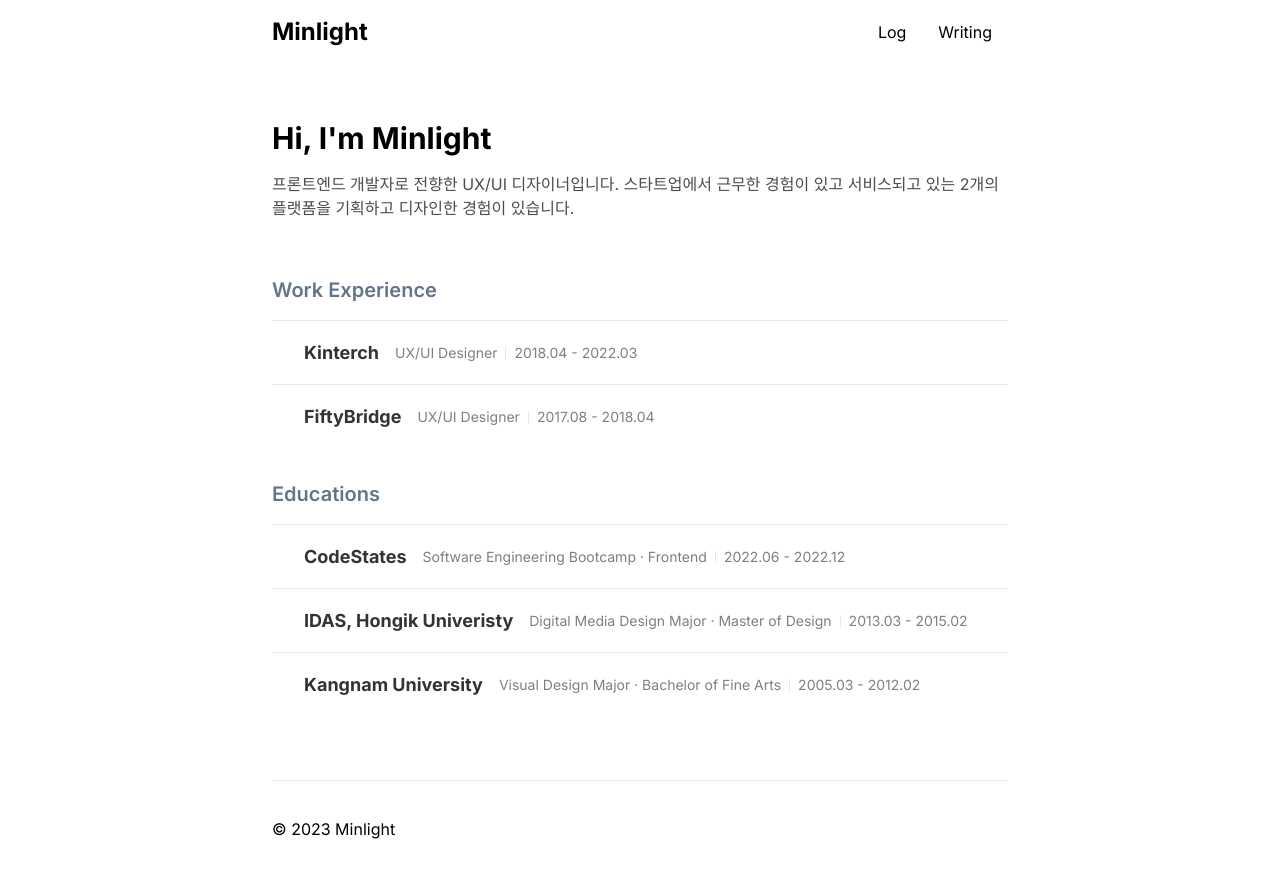
Repository: kwngmin/minlight-log
Page: /
These files come from the project's save history. The page is drawn as it stood at one moment and after the next save; the edit follows.
The browser window is 1280 px wide. The pictures show the whole page.
The project was rebuilt for these pictures with package versions that can differ from the ones it lists, and the page was loaded fresh each time. The framework's server and built-in components were replaced by stand-ins that run in the browser. Also part of the build but not shown: next.config.js.

Above is the page before, as saved 2023-04-04 16:35:19.

### src/app/layout.tsx
import "./globals.css";
import Footer from "@/components/Footer";
import Header from "@/components/Header";

import { Inter } from "next/font/google";
const inter = Inter({ subsets: ["latin"] });

export const metadata = {
  title: {
    default: "Minlight",
    template: "Minlight | %s",
  },
  description: "Minlight log",
};

export default function RootLayout({
  children,
}: {
  children: React.ReactNode;
}) {
  return (
    <html lang="en" className={inter.className}>
      <body className="flex flex-col max-w-screen-md mx-auto px-4">
        <Header />
        <main className="">{children}</main>
        <Footer />
      </body>
    </html>
  );
}

### src/app/page.tsx
import Table from "@/components/Table";
import Title from "@/components/Title";

const titleData = {
  title: `Hi, I'm Minlight`,
  description: `프론트엔드 개발자로 전향한 UX/UI 디자이너입니다. 스타트업에서 근무한
경험이 있고 서비스되고 있는 2개의 플랫폼을 기획하고 디자인한 경험이 있습니다.`,
};

const careerData = [
  {
    head: "Kinterch",
    content: "UX/UI Designer",
    period: "2018.04 - 2022.03",
  },
  {
    head: "FiftyBridge",
    content: "UX/UI Designer",
    period: "2017.08 - 2018.04",
  },
];

const educateData = [
  {
    head: "CodeStates",
    content: "Software Engineering Bootcamp · Frontend",
    period: "2022.06 - 2022.12",
  },
  {
    head: "IDAS, Hongik Univeristy",
    content: "Digital Media Design Major · Master of Design",
    period: "2013.03 - 2015.02",
  },
  {
    head: "Kangnam University",
    content: "Visual Design Major · Bachelor of Fine Arts",
    period: "2005.03 - 2012.02",
  },
];

export default function Home() {
  return (
    <section>
      <Title titleData={titleData} />
      <Table tableData={careerData} subject="Work Experience" />
      <Table tableData={educateData} subject="Educations" />
    </section>
  );
}

### src/app/globals.css
@tailwind base;
@tailwind components;
@tailwind utilities;

* {
  box-sizing: border-box;
  padding: 0;
  margin: 0;
}
/*
:root {
  --max-width: 1100px;
  --border-radius: 12px;
  --font-mono: ui-monospace, Menlo, Monaco, "Cascadia Mono", "Segoe UI Mono",
    "Roboto Mono", "Oxygen Mono", "Ubuntu Monospace", "Source Code Pro",
    "Fira Mono", "Droid Sans Mono", "Courier New", monospace;

  --foreground-rgb: 0, 0, 0;
  --background-start-rgb: 214, 219, 220;
  --background-end-rgb: 255, 255, 255;

  --primary-glow: conic-gradient(
    from 180deg at 50% 50%,
    #16abff33 0deg,
    #0885ff33 55deg,
    #54d6ff33 120deg,
    #0071ff33 160deg,
    transparent 360deg
  );
  --secondary-glow: radial-gradient(
    rgba(255, 255, 255, 1),
    rgba(255, 255, 255, 0)
  );

  --tile-start-rgb: 239, 245, 249;
  --tile-end-rgb: 228, 232, 233;
  --tile-border: conic-gradient(
    #00000080,
    #00000040,
    #00000030,
    #00000020,
    #00000010,
    #00000010,
    #00000080
  );

  --callout-rgb: 238, 240, 241;
  --callout-border-rgb: 172, 175, 176;
  --card-rgb: 180, 185, 188;
  --card-border-rgb: 131, 134, 135;
}

@media (prefers-color-scheme: dark) {
  :root {
    --foreground-rgb: 255, 255, 255;
    --background-start-rgb: 0, 0, 0;
    --background-end-rgb: 0, 0, 0;

    --primary-glow: radial-gradient(rgba(1, 65, 255, 0.4), rgba(1, 65, 255, 0));
    --secondary-glow: linear-gradient(
      to bottom right,
      rgba(1, 65, 255, 0),
      rgba(1, 65, 255, 0),
      rgba(1, 65, 255, 0.3)
    );

    --tile-start-rgb: 2, 13, 46;
    --tile-end-rgb: 2, 5, 19;
    --tile-border: conic-gradient(
      #ffffff80,
      #ffffff40,
      #ffffff30,
      #ffffff20,
      #ffffff10,
      #ffffff10,
      #ffffff80
    );

    --callout-rgb: 20, 20, 20;
    --callout-border-rgb: 108, 108, 108;
    --card-rgb: 100, 100, 100;
    --card-border-rgb: 200, 200, 200;
  }
}

* {
  box-sizing: border-box;
  padding: 0;
  margin: 0;
}

html,
body {
  max-width: 100vw;
  overflow-x: hidden;
}

body {
  color: rgb(var(--foreground-rgb));
  background: linear-gradient(
      to bottom,
      transparent,
      rgb(var(--background-end-rgb))
    )
    rgb(var(--background-start-rgb));
}

a {
  color: inherit;
  text-decoration: none;
}

@media (prefers-color-scheme: dark) {
  html {
    color-scheme: dark;
  }
} */

### src/components/Footer.tsx
export default function Footer() {
  return (
    <section className="h-24 flex items-center border-t mt-8">
      © 2023 Minlight
    </section>
  );
}

### src/components/Header.tsx
import Link from "next/link";

const navList = [
  { name: "Log", url: "/log" },
  { name: "Writing", url: "/log" },
];

export default function Header() {
  return (
    <section className="h-16 flex items-center justify-between">
      <Link href="/" className="text-2xl font-bold">
        Minlight
      </Link>
      <nav className="">
        {navList.map(({ name, url }) => (
          <Link href={url} key={name} className="px-4">
            {name}
          </Link>
        ))}
      </nav>
    </section>
  );
}

### src/components/Table.tsx
type Props = {
  tableData: {
    head: string;
    content: string;
    period: string;
  }[];
  subject: string;
};

export default function Table({ tableData, subject }: Props) {
  return (
    <article className="pb-8">
      <h2 className="text-left text-xl font-semibold text-slate-500 pb-4">
        {subject}
      </h2>
      <ul>
        {tableData.map(({ head, content, period }) => (
          <li
            key={head}
            className="flex flex-col lg:flex-row lg:items-center justify-center lg:justify-start pt-4 pb-5 lg:py-0 lg:h-16 border-t gap-0 lg:gap-4 px-4 lg:px-8"
          >
            <h3 className="font-bold text-lg text-black/80">{head}</h3>
            <section className="text-black/50 text-sm flex items-center flex-wrap">
              {content}
              <div className="inline-block border-l h-3 mx-2 " />
              {period}
            </section>
          </li>
        ))}
      </ul>
    </article>
  );
}

### src/components/Title.tsx
type TitleData = {
  title: string;
  description: string;
};
export default function Title({ titleData }: { titleData: TitleData }) {
  const { title, description } = titleData;
  return (
    <div className="py-14">
      <h1 className="text-3xl font-bold mb-4">{title}</h1>
      <p className="text-black/70 break-keep">{description}</p>
    </div>
  );
}

Loaded but not shown: tailwind.config.js (common file)

After the next save:
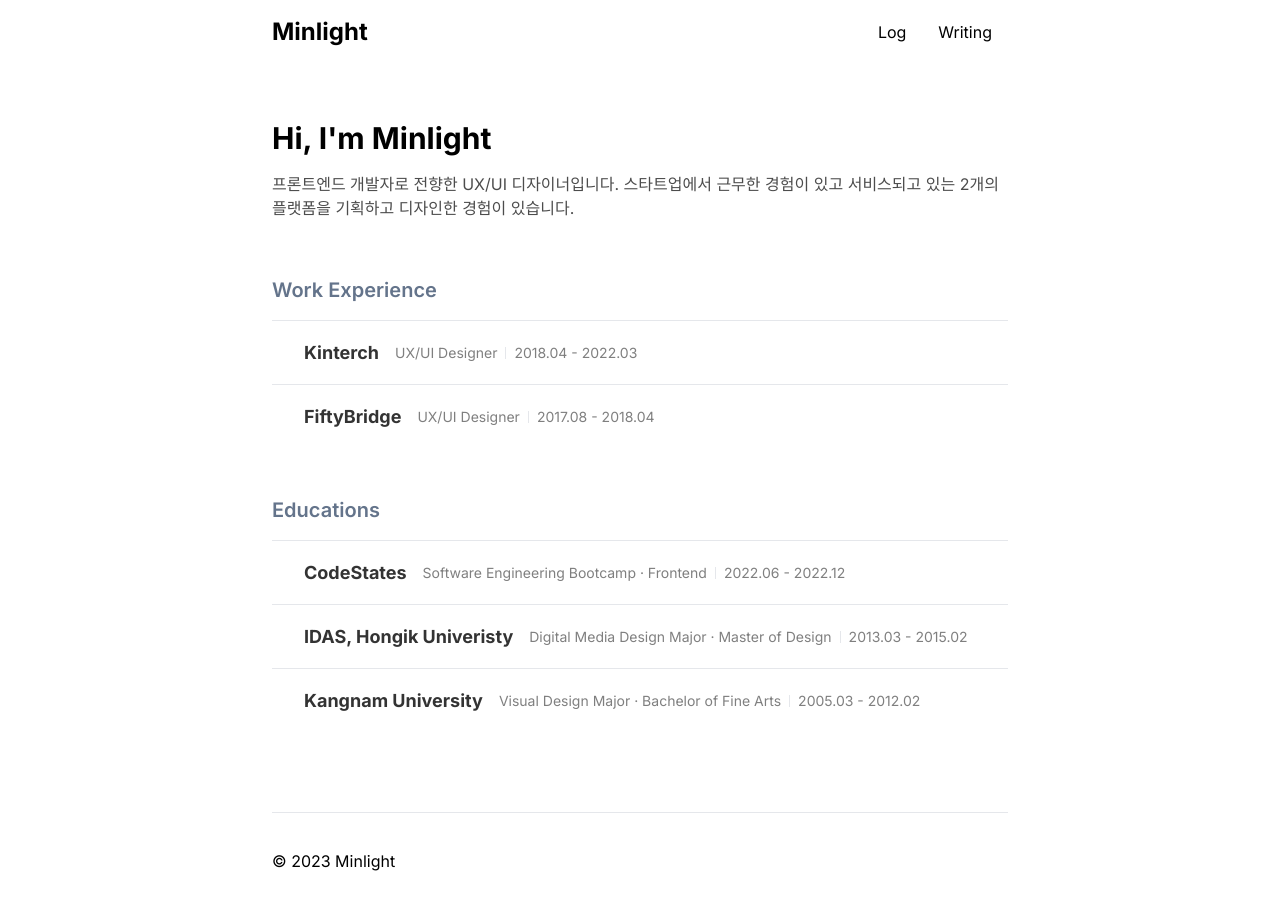
Saved 4 s later.
--- a/src/components/Table.tsx
+++ b/src/components/Table.tsx
@@ -9,7 +9,7 @@ type Props = {
 
 export default function Table({ tableData, subject }: Props) {
   return (
-    <article className="pb-8">
+    <article className="pb-12">
       <h2 className="text-left text-xl font-semibold text-slate-500 pb-4">
         {subject}
       </h2>
